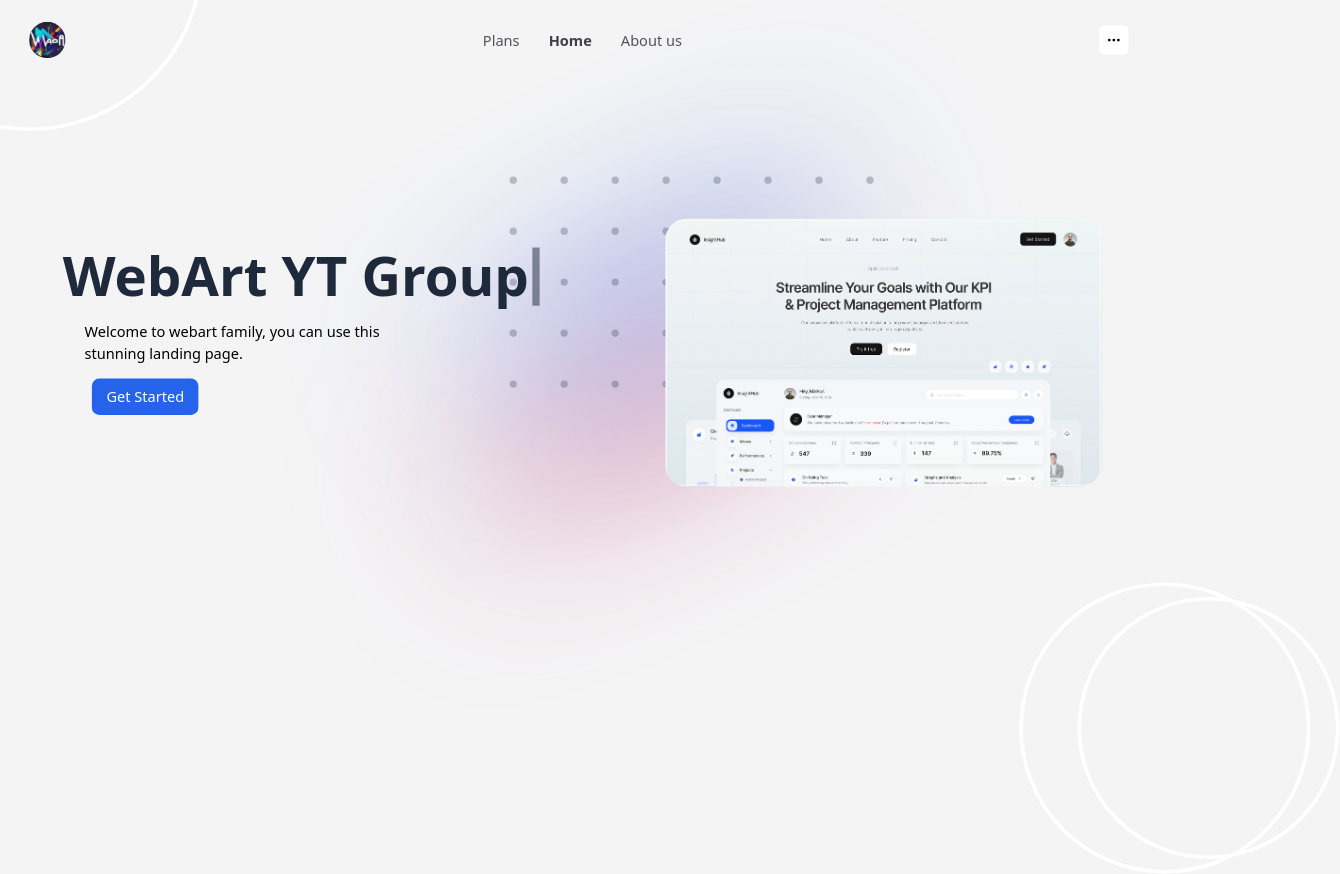
Repository: 30namp/youtube-web-art-code
Page: stunning landing page 1/index.html
An editor plug-in stored every save of this project. The page is shown before and after the next save, followed by the edit.
The browser window is 1280 px wide. The page is 1472 px wide, so the pictures cover 1472 px, including what lies to the right of the window. The pictures show the whole page, at 91% of full size.

Above is the page before, as saved 2024-09-26 21:44:48.

### stunning landing page 1/index.html
<!DOCTYPE html>
<html lang="en">
  <head>
    <meta charset="UTF-8" />
    <meta name="viewport" content="width=device-width, initial-scale=1.0" />
    <title>WebArt Design</title>
    <script src="./tailwindcss.min.js"></script>
  </head>
  <body class="h-screen bg-zinc-100 overflow-hidden">
    <div
      class="absolute right-[25%] top-[60%] h-12 w-[30rem] rounded-[100%] rotate-[-25deg] bg-pink-700 blur-[6rem]"
    ></div>
    <div
      class="absolute right-[25%] top-[40%] h-12 w-[30rem] rounded-[100%] rotate-[-25deg] bg-blue-700 blur-[6rem]"
    ></div>
    <div class="grid grid-cols-8 gap-12 absolute right-[25%] top-[27%]">
      <div class="rounded-full bg-slate-700/30 size-2 shadow-lg"></div>
      <div class="rounded-full bg-slate-700/30 size-2 shadow-lg"></div>
      <div class="rounded-full bg-slate-700/30 size-2 shadow-lg"></div>
      <div class="rounded-full bg-slate-700/30 size-2 shadow-lg"></div>
      <div class="rounded-full bg-slate-700/30 size-2 shadow-lg"></div>
      <div class="rounded-full bg-slate-700/30 size-2 shadow-lg"></div>
      <div class="rounded-full bg-slate-700/30 size-2 shadow-lg"></div>
      <div class="rounded-full bg-slate-700/30 size-2 shadow-lg"></div>
      <div class="rounded-full bg-slate-700/30 size-2 shadow-lg"></div>
      <div class="rounded-full bg-slate-700/30 size-2 shadow-lg"></div>
      <div class="rounded-full bg-slate-700/30 size-2 shadow-lg"></div>
      <div class="rounded-full bg-slate-700/30 size-2 shadow-lg"></div>
      <div class="rounded-full bg-slate-700/30 size-2 shadow-lg"></div>
      <div class="rounded-full bg-slate-700/30 size-2 shadow-lg"></div>
      <div class="rounded-full bg-slate-700/30 size-2 shadow-lg"></div>
      <div class="rounded-full bg-slate-700/30 size-2 shadow-lg"></div>
      <div class="rounded-full bg-slate-700/30 size-2 shadow-lg"></div>
      <div class="rounded-full bg-slate-700/30 size-2 shadow-lg"></div>
      <div class="rounded-full bg-slate-700/30 size-2 shadow-lg"></div>
      <div class="rounded-full bg-slate-700/30 size-2 shadow-lg"></div>
      <div class="rounded-full bg-slate-700/30 size-2 shadow-lg"></div>
      <div class="rounded-full bg-slate-700/30 size-2 shadow-lg"></div>
      <div class="rounded-full bg-slate-700/30 size-2 shadow-lg"></div>
      <div class="rounded-full bg-slate-700/30 size-2 shadow-lg"></div>
      <div class="rounded-full bg-slate-700/30 size-2 shadow-lg"></div>
      <div class="rounded-full bg-slate-700/30 size-2 shadow-lg"></div>
      <div class="rounded-full bg-slate-700/30 size-2 shadow-lg"></div>
      <div class="rounded-full bg-slate-700/30 size-2 shadow-lg"></div>
      <div class="rounded-full bg-slate-700/30 size-2 shadow-lg"></div>
      <div class="rounded-full bg-slate-700/30 size-2 shadow-lg"></div>
      <div class="rounded-full bg-slate-700/30 size-2 shadow-lg"></div>
      <div class="rounded-full bg-slate-700/30 size-2 shadow-lg"></div>
      <div class="rounded-full bg-slate-700/30 size-2 shadow-lg"></div>
      <div class="rounded-full bg-slate-700/30 size-2 shadow-lg"></div>
      <div class="rounded-full bg-slate-700/30 size-2 shadow-lg"></div>
      <div class="rounded-full bg-slate-700/30 size-2 shadow-lg"></div>
      <div class="rounded-full bg-slate-700/30 size-2 shadow-lg"></div>
      <div class="rounded-full bg-slate-700/30 size-2 shadow-lg"></div>
      <div class="rounded-full bg-slate-700/30 size-2 shadow-lg"></div>
      <div class="rounded-full bg-slate-700/30 size-2 shadow-lg"></div>
    </div>

    <div
      class="circle size-96 rounded-full border-4 border-white absolute -top-60 -left-40"
    ></div>
    <div
      class="circle size-80 rounded-full border-4 border-white absolute -bottom-60 -right-40"
    ></div>
    <div
      class="circle size-72 rounded-full border-4 border-white absolute -bottom-56 -right-48"
    ></div>

    <!-- navbar -->
    <nav
      class="z-10 absolute top-0 left-0 right-0 flex justify-center items-center py-8 px-8"
    >
      <a href="/" class="absolute left-0 px-8">
        <img class="size-10 rounded-full" src="./assets/img/logo.jpg" alt="" />
      </a>

      <div class="options flex items-center gap-8">
        <a class="text-zinc-600" href="#">Plans</a>
        <a class="text-zinc-700 font-semibold" href="#">Home</a>
        <a class="text-zinc-600" href="#">About us</a>
      </div>

      <button
        class="absolute p-2 bg-white rounded-md right-0 mx-10 hover:scale-105 active:scale-100 transition"
      >
        <svg
          xmlns="http://www.w3.org/2000/svg"
          width="16"
          height="16"
          fill="currentColor"
          class="bi bi-three-dots"
          viewBox="0 0 16 16"
        >
          <path
            d="M3 9.5a1.5 1.5 0 1 1 0-3 1.5 1.5 0 0 1 0 3m5 0a1.5 1.5 0 1 1 0-3 1.5 1.5 0 0 1 0 3m5 0a1.5 1.5 0 1 1 0-3 1.5 1.5 0 0 1 0 3"
          />
        </svg>
      </button>
    </nav>

    <!-- hero section -->
    <div class="hero-section relative pt-60 flex justify-around items-start">
      <div class="content flex flex-col items-start gap-4 pt-8">
        <div class="text-6xl font-bold text-slate-800 flex gap-1">
          <h1 class="hero-title">WebArt</h1>
          <div class="h-16 w-2 bg-slate-800 animate-pulse"></div>
        </div>
        <p class="description w-96 ml-6">
          Welcome to webart family, you can use this stunning landing page.
        </p>
        <button
          class="ml-8 px-4 py-2 rounded-lg bg-blue-600 text-white hover:scale-105 active:scale-100 transition"
        >
          Get Started
        </button>
      </div>
      <img class="w-[30rem] rounded-3xl" src="./assets/img/img.png" alt="" />
    </div>
  </body>
</html>
<script>
  let title = document.querySelector(".hero-title");
  let defaultText = title.innerHTML;
  let textCompletter = " YT Group";
  let counter = 0;
  let direction = 1;
  setInterval(() => {
    if (counter == -1) direction = 1;
    else if (counter == textCompletter.length) direction = -1;

    counter += direction;

    if (counter >= 0 && counter < textCompletter.length) {
      let text = defaultText;
      for (let i = 0; i < textCompletter.length; i++) text += textCompletter[i];

      title.innerHTML = text;

      console.log(text);
    }
  }, 200);
</script>

Loaded but not shown: stunning landing page 1/tailwindcss.min.js (library)

After the next save:
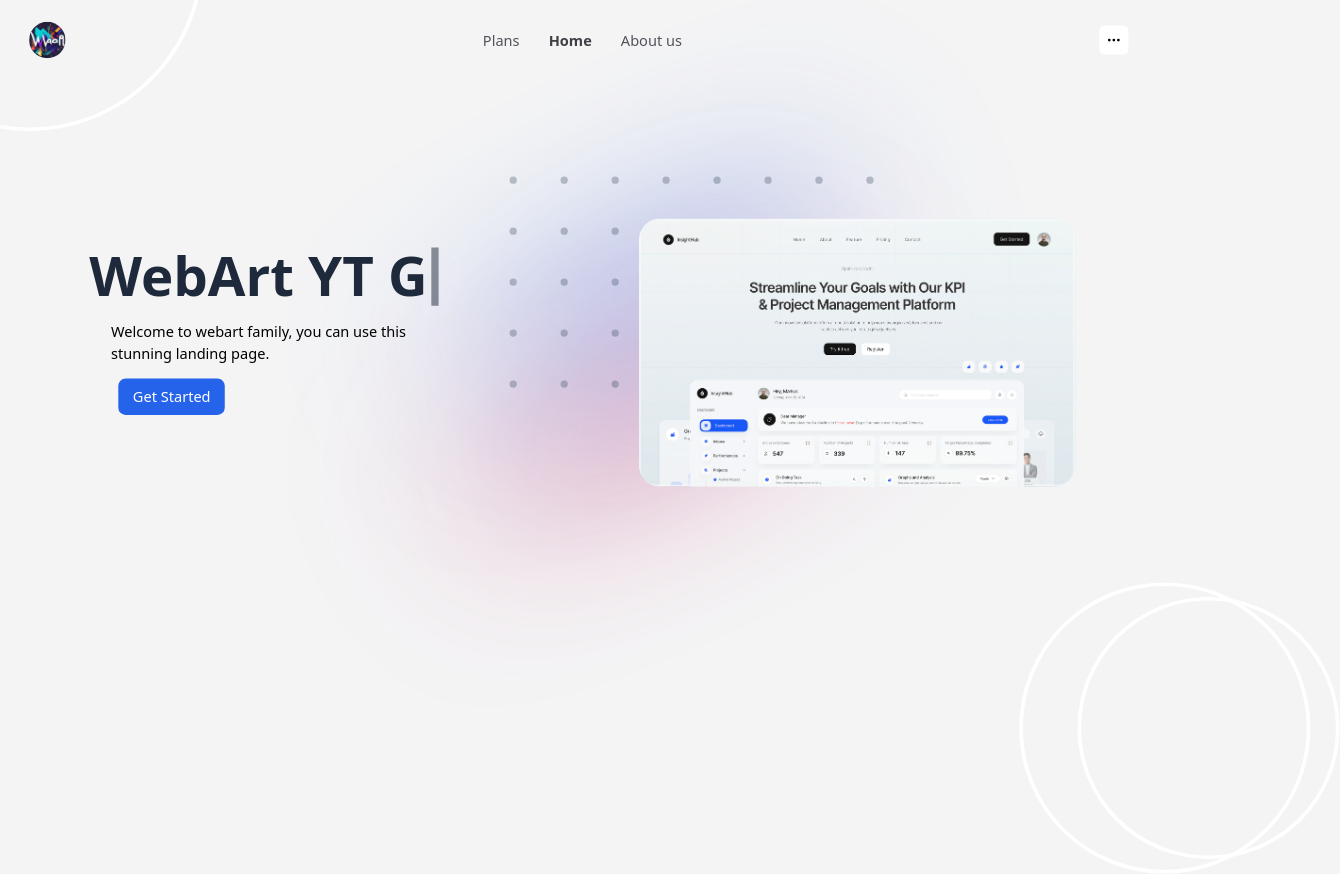
Saved 110 s later.
--- a/stunning landing page 1/index.html
+++ b/stunning landing page 1/index.html
@@ -126,13 +126,13 @@
   let direction = 1;
   setInterval(() => {
     if (counter == -1) direction = 1;
-    else if (counter == textCompletter.length) direction = -1;
+    if (counter == textCompletter.length) direction = -1;
 
     counter += direction;
 
     if (counter >= 0 && counter < textCompletter.length) {
       let text = defaultText;
-      for (let i = 0; i < textCompletter.length; i++) text += textCompletter[i];
+      for (let i = 0; i < counter; i++) text += textCompletter[i];
 
       title.innerHTML = text;
 
